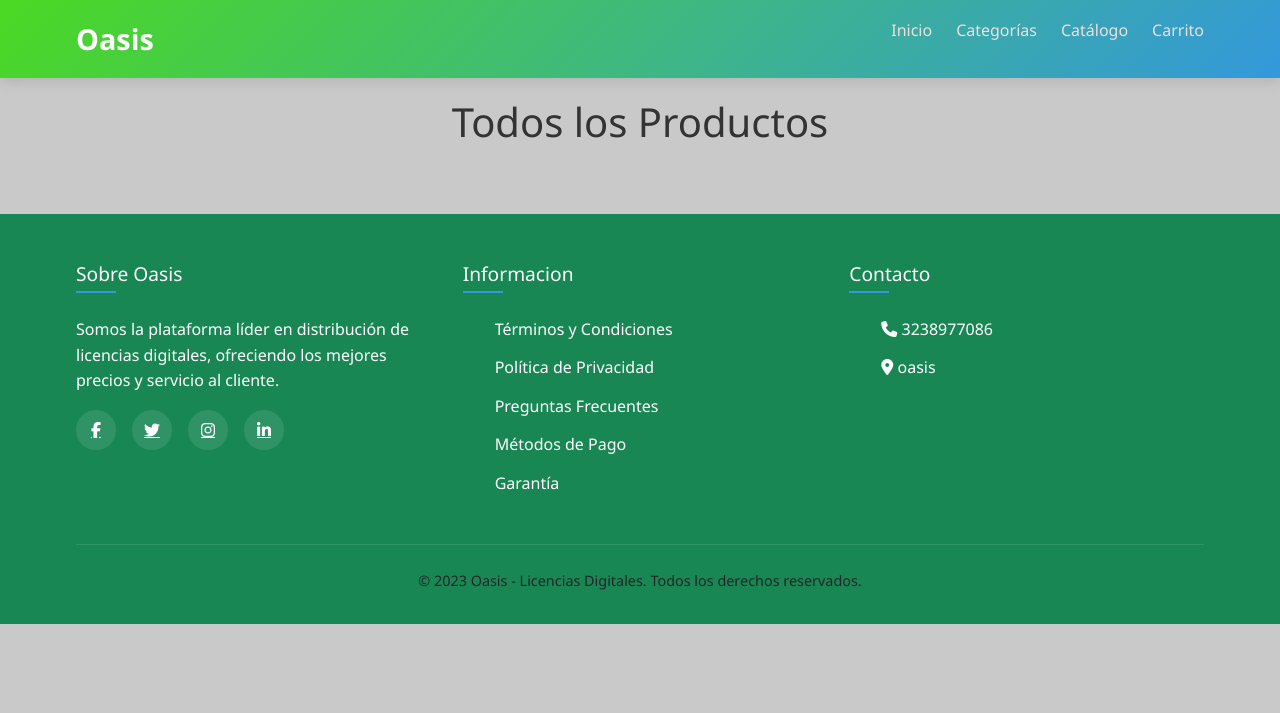
Repository: chicharo2025/oasis
Page: django_techstore/productos/templates/productos/catalogo.html
These files come from the project's save history. The page is drawn as it stood at one moment and after the next save; the edit follows.
The browser window is 1280 px wide. The pictures show the whole page.
The page is served by the project's application, run on Django 5.2 (django_techstore/manage.py). Other server files are loaded and not shown. The template is opened directly, without the code that normally fills it, so the values that code supplies are empty.

Above is the page before, as saved 2025-04-18 16:01:29.

### django_techstore/productos/templates/productos/catalogo.html
{% load static %}
{% include "productos/menu.html" %}


<link rel="stylesheet" href="{% static 'css/styles.css' %}">
<h1 style="text-align: center; margin: 20PX;">Todos los Productos</h1>

<div class="container-fluid">  <!-- Cambiado a container-fluid para ocupar todo el ancho -->
    <div class="row justify-content-start">  <!-- Añadido justify-content-start -->
        {% for producto in productos %}
        <div class="col-12 col-sm-6 col-md-4 col-lg-3 mb-4">  <!-- Columnas responsivas -->
            <div class="card h-100">
                <img src="{{ producto.imagen.url }}" alt="{{ producto.nombre }}" class="card-img-top" style="object-fit: cover; height: 200px;">
                <div class="card-body d-flex flex-column">
                    <h5 class="card-title text-center">{{ producto.nombre }}</h5>
                    <a href="{% url 'detalle_producto' %}" class="btn btn-primary mt-auto">Ver Detalles</a>
                </div>
            </div>
        </div>
        {% endfor %}
    </div>
</div>

{% include "productos/footer.html" %}

### django_techstore/productos/templates/productos/menu.html

{% load static %}

<!DOCTYPE html>
<html lang="es">
<head>
    <meta charset="UTF-8">
    <title>OASIS</title>
    <link href="https://cdn.jsdelivr.net/npm/bootstrap@5.3.3/dist/css/bootstrap.min.css" rel="stylesheet">
    <link rel="stylesheet" href="https://cdnjs.cloudflare.com/ajax/libs/font-awesome/6.5.0/css/all.min.css">
    <link rel="stylesheet" href="{% static 'css/styles.css' %}">
  </head>
  <body>
    <header>
        <div class="container">
            <div class="header-content">
                <div class="logo">
                    <a href="{% url 'index' %}" class="logo-text">Oasis</a>
                </div>
                <nav>
                    <ul>
                        <li><a href="{% url 'index' %}">Inicio</a></li>
                        <li><a href="{% url 'categoria' %}">Categorías</a></li>
                        <li><a href="{% url 'catalogo' %}">Catálogo</a></li>
                        <li><a href="{% url 'carrito' %}">Carrito</a></li>
                    </ul>
                </nav>
            </div>
        </div>
    </header>
</body>


<script src="https://cdn.jsdelivr.net/npm/bootstrap@5.3.3/dist/js/bootstrap.bundle.min.js"></script>

### django_techstore/productos/templates/productos/footer.html
    <!-- Footer -->
    <footer class="bg-success text-white mt-5">
        <div class="container">
            <div class="footer-content">
                <div class="footer-column">
                    <h3>Sobre Oasis</h3>
                    <p>Somos la plataforma líder en distribución de licencias digitales, ofreciendo los mejores precios y servicio al cliente.</p>

                    <div class="social-links">
                        <a href="#"><i class="fab fa-facebook-f"></i></a>
                        <a href="#"><i class="fab fa-twitter"></i></a>
                        <a href="#"><i class="fab fa-instagram"></i></a>
                        <a href="#"><i class="fab fa-linkedin-in"></i></a>
                    </div>
                </div>

                <div class="footer-column">
                    <h3>Informacion</h3>
                    <ul>

                        <li><i></i>Términos y Condiciones </li>
                        <li><i></i>Política de Privacidad </li>
                        <li><i></i>Preguntas Frecuentes </li>
                        <li><i></i> Métodos de Pago</li>
                        <li><i></i>Garantía</li>
                    </ul>
                </div>

                <div class="footer-column">
                    <h3>Contacto</h3>
                    <ul>
                        <li><i class="fas fa-phone"></i> 3238977086</li>
                        <li><i class="fas fa-map-marker-alt"></i> oasis</li>
                    </ul>
                </div>
            </div>

            <div class="footer-bottom text-dark">
                <p>&copy; 2023 Oasis - Licencias Digitales. Todos los derechos reservados.</p>
            </div>
        </div>
    </footer>

### django_techstore/django_techstore/urls.py
from django.contrib import admin
from django.urls import path
from django.conf import settings
from django.conf.urls.static import static
from django.contrib import admin
from django.urls import path, include

urlpatterns = [
    path('admin/', admin.site.urls),
    path('', include('productos.urls')),
]+ static(settings.MEDIA_URL, document_root=settings.MEDIA_ROOT)

### django_techstore/productos/urls.py
from django.urls import path
from .views import index, detalle_producto,catalogo,categorias,carrito,añadir_al_carrito
from django.conf.urls.static import static
from django.conf import settings

urlpatterns = [
    path('', view=index, name='index'),
    path('producto/<int:producto_id>/', detalle_producto, name='detalle_producto'),
    path('categoria/', categorias, name='categoria'),
    path('catalogo/', catalogo, name='catalogo'),
    path('carrito/', carrito, name="carrito"),
    path('carrito/', añadir_al_carrito, name='añadir_al_carrito'),
]+ static(settings.MEDIA_URL, document_root=settings.MEDIA_ROOT)

### django_techstore/static/css/styles.css

:root {
    --primary: #4bd923;
    --secondary: #3498db;
    --accent: #e90707;
    --light: #20aed2;
    --dark: #0e0c0b;
    --success: #2ecc71;
}

* {
    margin: 0;
    padding: 0;
    box-sizing: border-box;
    font-family: 'Segoe UI', Tahoma, Geneva, Verdana, sans-serif;
}

body {
    background-color: #c9c9c9;
    color: #333;
    line-height: 1.6;
}

/* Header Styles */
header {
    background: linear-gradient(135deg, var(--primary), var(--secondary));
    color: white;
    padding: 1rem 0;
    box-shadow: 0 4px 12px rgba(0, 0, 0, 0.1);
    position: sticky;
    top: 0;
    z-index: 1000;
}
.logo-text {
    text-decoration: none;
    color: var(--white); /* por ejemplo, tu color celeste */
}

.container {
    width: 90%;
    max-width: 1200px;
    margin: 0 auto;
}

.header-content {
    display: flex;
    justify-content: space-between;
    align-items: center;
}

.logo {
    font-size: 1.8rem;
    font-weight: 700;
    display: flex;
    align-items: center;
}

.logo i {
    color: var(--accent);
    margin-right: 10px;
}

/* Navigation */
nav ul {
    display: flex;
    list-style: none;
}

nav ul li {
    margin-left: 1.5rem;
    position: relative;
}

nav ul li a {
    color: rgb(233, 224, 224);
    text-decoration: none;
    font-weight: 500;
    transition: all 0.3s ease;
    padding: 0.5rem 0;
    position: relative;
}

nav ul li a:hover {
    color: var(--accent);
}

nav ul li a::after {
    content: '';
    position: absolute;
    bottom: 0;
    left: 0;
    width: 0;
    height: 2px;
    background-color: var(--accent);
    transition: width 0.3s ease;
}

nav ul li a:hover::after {
    width: 100%;
}

.cart-icon {
    position: relative;
}

.cart-count {
    position: absolute;
    top: -8px;
    right: -8px;
    background-color: var(--accent);
    color: white;
    border-radius: 50%;
    width: 18px;
    height: 18px;
    display: flex;
    justify-content: center;
    align-items: center;
    font-size: 0.7rem;
    font-weight: bold;
}

/* Search Bar */
.search-container {
    display: flex;
    margin: 1.5rem auto;
    max-width: 600px;
}

.search-bar {
    flex: 1;
    padding: 0.8rem 1rem;
    border: none;
    border-radius: 30px 0 0 30px;
    font-size: 1rem;
    box-shadow: 0 2px 10px rgba(0, 0, 0, 0.1);
}

.search-btn {
    background-color: var(--secondary);
    color: white;
    border: none;
    padding: 0 1.5rem;
    border-radius: 0 30px 30px 0;
    cursor: pointer;
    transition: background-color 0.3s;
}

.search-btn:hover {
    background-color: var(--primary);
}

/* Hero Section */
.hero {
    background: linear-gradient(rgba(0, 0, 0, 0.7), rgba(0, 0, 0, 0.7)), url('https://images.unsplash.com/photo-1580828343064-fde4fc206bc6?ixlib=rb-1.2.1&auto=format&fit=crop&w=1350&q=80') no-repeat center center/cover;
    height: 400px;
    display: flex;
    align-items: center;
    text-align: center;
    color: white;
    margin-bottom: 2rem;
}

.hero-content {
    max-width: 800px;
    margin: 0 auto;
}

.hero h1 {
    font-size: 2.5rem;
    margin-bottom: 1rem;
    animation: fadeInDown 1s ease;
}

.hero p {
    font-size: 1.2rem;
    margin-bottom: 1.5rem;
    animation: fadeInUp 1s ease;
}

.btn {
    display: inline-block;
    background-color: var(--accent);
    color: white;
    padding: 0.8rem 1.8rem;
    border-radius: 30px;
    text-decoration: none;
    font-weight: 600;
    transition: all 0.3s ease;
    border: none;
    cursor: pointer;
    animation: fadeIn 1.5s ease;
}

.btn:hover {
    background-color: #c0392b;
    transform: translateY(-3px);
    box-shadow: 0 10px 20px rgba(0, 0, 0, 0.2);
}

/* Categories Section */
.section-title {
    text-align: center;
    margin: 2rem 0;
    font-size: 2rem;
    color: var(--primary);
    position: relative;
}

.section-title::after {
    content: '';
    display: block;
    width: 80px;
    height: 4px;
    background-color: var(--secondary);
    margin: 0.5rem auto;
}

.categories {
    display: grid;
    grid-template-columns: repeat(auto-fit, minmax(250px, 1fr));
    gap: 1.5rem;
    margin-bottom: 3rem;
}

.category-card {
    background-color: white;
    border-radius: 10px;
    overflow: hidden;
    box-shadow: 0 5px 15px rgba(0, 0, 0, 0.1);
    transition: all 0.3s ease;
    cursor: pointer;
}

.category-card:hover {
    transform: translateY(-10px);
    box-shadow: 0 15px 30px rgba(0, 0, 0, 0.2);
}

.category-img {
    height: 150px;
    overflow: hidden;
}

.category-img img {
    width: 100%;
    height: 100%;
    object-fit: cover;
    transition: transform 0.5s ease;
}

.category-card:hover .category-img img {
    transform: scale(1.1);
}

.category-info {
    padding: 1.5rem;
    text-align: center;
}

.category-info h3 {
    margin-bottom: 0.5rem;
    color: var(--primary);
}

/* Products Section */
.productos {
    display: grid;
    grid-template-columns: repeat(auto-fit, minmax(280px, 1fr));
    gap: 2rem;
    margin-bottom: 3rem;
}

.product-card {
    background-color: white;
    border-radius: 10px;
    overflow: hidden;
    box-shadow: 0 5px 15px rgba(0, 0, 0, 0.1);
    transition: all 0.3s ease;
    position: relative;
}

.product-card:hover {
    transform: translateY(-5px);
    box-shadow: 0 10px 25px rgba(0, 0, 0, 0.15);
}

.product-badge {
    position: absolute;
    top: 10px;
    right: 10px;
    background-color: var(--accent);
    color: white;
    padding: 0.3rem 0.6rem;
    border-radius: 20px;
    font-size: 0.8rem;
    font-weight: bold;
}

.product-img {
    height: 180px;
    overflow: hidden;
    border-bottom: 1px solid #eee;
}

.product-img img {
    width: 100%;
    height: 100%;
    object-fit: contain;
    padding: 1rem;
    transition: transform 0.5s ease;
}

.product-card:hover .product-img img {
    transform: scale(1.05);
}

.product-info {
    padding: 1.5rem;
}

.product-info h3 {
    margin-bottom: 0.5rem;
    color: var(--primary);
}

.product-price {
    display: flex;
    justify-content: space-between;
    align-items: center;
    margin-top: 1rem;
}

.price {
    font-weight: bold;
    font-size: 1.2rem;
    color: var(--secondary);
}

.old-price {
    text-decoration: line-through;
    color: #999;
    font-size: 0.9rem;
    margin-right: 0.5rem;
}

.add-to-cart {
    background-color: var(--primary);
    color: white;
    border: none;
    padding: 0.5rem 1rem;
    border-radius: 5px;
    cursor: pointer;
    transition: all 0.3s ease;
}

.add-to-cart:hover {
    background-color: var(--secondary);
}

/* Offers Section */
.offers {
    margin-bottom: 3rem;
}

.offer-banner {
    background: linear-gradient(135deg, var(--secondary), var(--primary));
    color: white;
    padding: 2rem;
    border-radius: 10px;
    text-align: center;
    margin-bottom: 2rem;
    position: relative;
    overflow: hidden;
}

.offer-banner::before {
    content: '';
    position: absolute;
    top: -50%;
    left: -50%;
    width: 200%;
    height: 200%;
    background: radial-gradient(circle, rgba(255,255,255,0.1) 0%, rgba(255,255,255,0) 70%);
    animation: pulse 6s infinite linear;
}

.offer-banner h2 {
    font-size: 2rem;
    margin-bottom: 1rem;
    position: relative;
}

.offer-banner p {
    font-size: 1.2rem;
    margin-bottom: 1.5rem;
    position: relative;
}

.timer {
    display: flex;
    justify-content: center;
    gap: 1rem;
    margin-bottom: 1.5rem;
    position: relative;
}

.timer-item {
    background-color: rgba(255, 255, 255, 0.2);
    padding: 0.5rem 1rem;
    border-radius: 5px;
    min-width: 60px;
}

.timer-item span:first-child {
    font-size: 1.5rem;
    font-weight: bold;
    display: block;
}

.timer-item span:last-child {
    font-size: 0.8rem;
    text-transform: uppercase;
}

/* Footer */
footer {
    background-color: var(--dark);
    color: white;
    padding: 3rem 0 1rem;
}

.footer-content {
    display: grid;
    grid-template-columns: repeat(auto-fit, minmax(200px, 1fr));
    gap: 2rem;
    margin-bottom: 2rem;
}

.footer-column h3 {
    font-size: 1.2rem;
    margin-bottom: 1.5rem;
    position: relative;
    padding-bottom: 0.5rem;
}

.footer-column h3::after {
    content: '';
    position: absolute;
    bottom: 0;
    left: 0;
    width: 40px;
    height: 2px;
    background-color: var(--secondary);
}

.footer-column ul {
    list-style: none;
}

.footer-column ul li {
    margin-bottom: 0.8rem;
}

.footer-column ul li a {
    color: #bbb;
    text-decoration: none;
    transition: color 0.3s ease;
}

.footer-column ul li a:hover {
    color: var(--secondary);
}

.social-links {
    display: flex;
    gap: 1rem;
}

.social-links a {
    color: white;
    background-color: rgba(255, 255, 255, 0.1);
    width: 40px;
    height: 40px;
    border-radius: 50%;
    display: flex;
    justify-content: center;
    align-items: center;
    transition: all 0.3s ease;
}

.social-links a:hover {
    background-color: var(--secondary);
    transform: translateY(-3px);
}

.footer-bottom {
    text-align: center;
    padding-top: 1.5rem;
    border-top: 1px solid rgba(255, 255, 255, 0.1);
    color: #bbb;
    font-size: 0.9rem;
}

/* Animations */
@keyframes fadeIn {
    from { opacity: 0; }
    to { opacity: 1; }
}

@keyframes fadeInDown {
    from {
        opacity: 0;
        transform: translateY(-20px);
    }
    to {
        opacity: 1;
        transform: translateY(0);
    }
}

@keyframes fadeInUp {
    from {
        opacity: 0;
        transform: translateY(20px);
    }
    to {
        opacity: 1;
        transform: translateY(0);
    }
}

@keyframes pulse {
    0% { transform: rotate(0deg); }
    100% { transform: rotate(360deg); }
}

/* Responsive Design */
@media (max-width: 768px) {
    .header-content {
        flex-direction: column;
        text-align: center;
    }

    nav ul {
        margin-top: 1rem;
        flex-wrap: wrap;
        justify-content: center;
    }

    nav ul li {
        margin: 0.5rem;
    }

    .hero h1 {
        font-size: 2rem;
    }

    .hero p {
        font-size: 1rem;
    }
}


.category-card {
    min-width: 200px;
    border: 1px solid #ccc;
    border-radius: 8px;
    padding: 10px;
    text-align: center;
}
.category-img img {
    width: 100%;
    height: auto;
    border-radius: 4px;
}

After the next save:
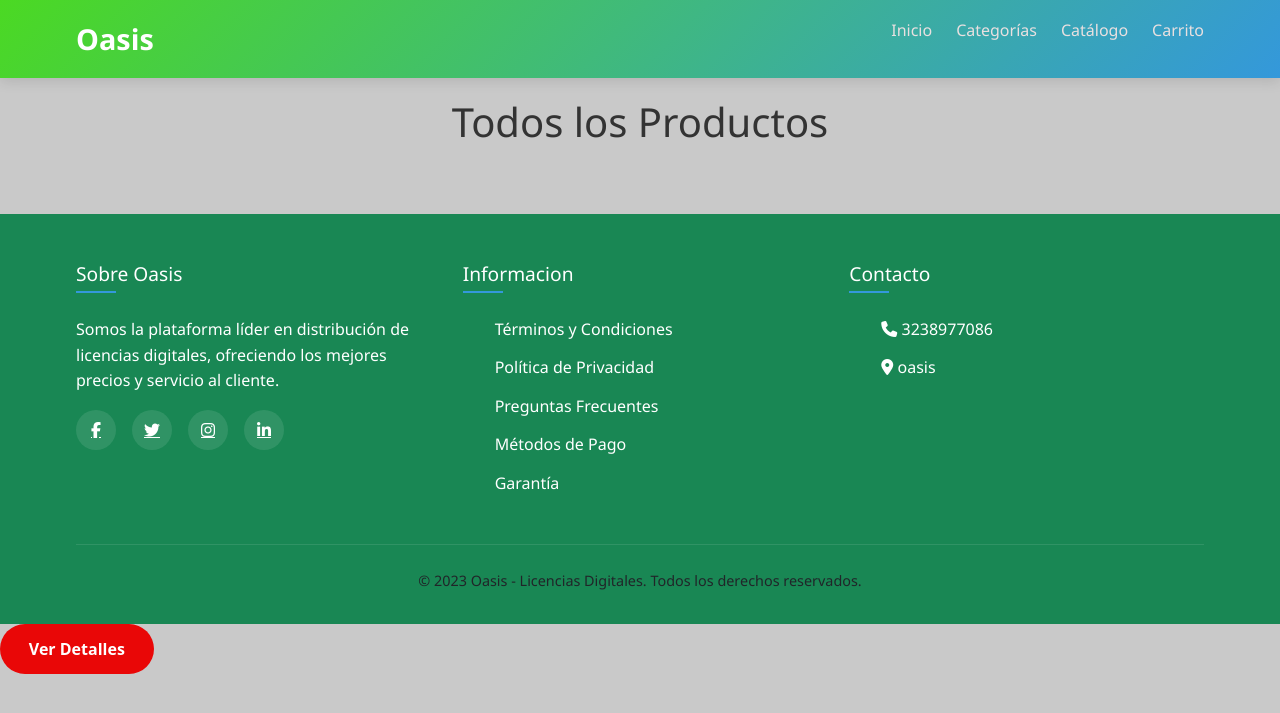
Saved 18 s later.
--- a/django_techstore/productos/templates/productos/catalogo.html
+++ b/django_techstore/productos/templates/productos/catalogo.html
@@ -22,3 +22,4 @@
 </div>
 
 {% include "productos/footer.html" %}
+<a href="{% url 'detalle_producto' %}" class="btn btn-primary mt-auto">Ver Detalles</a>

After the 6 saves that followed:
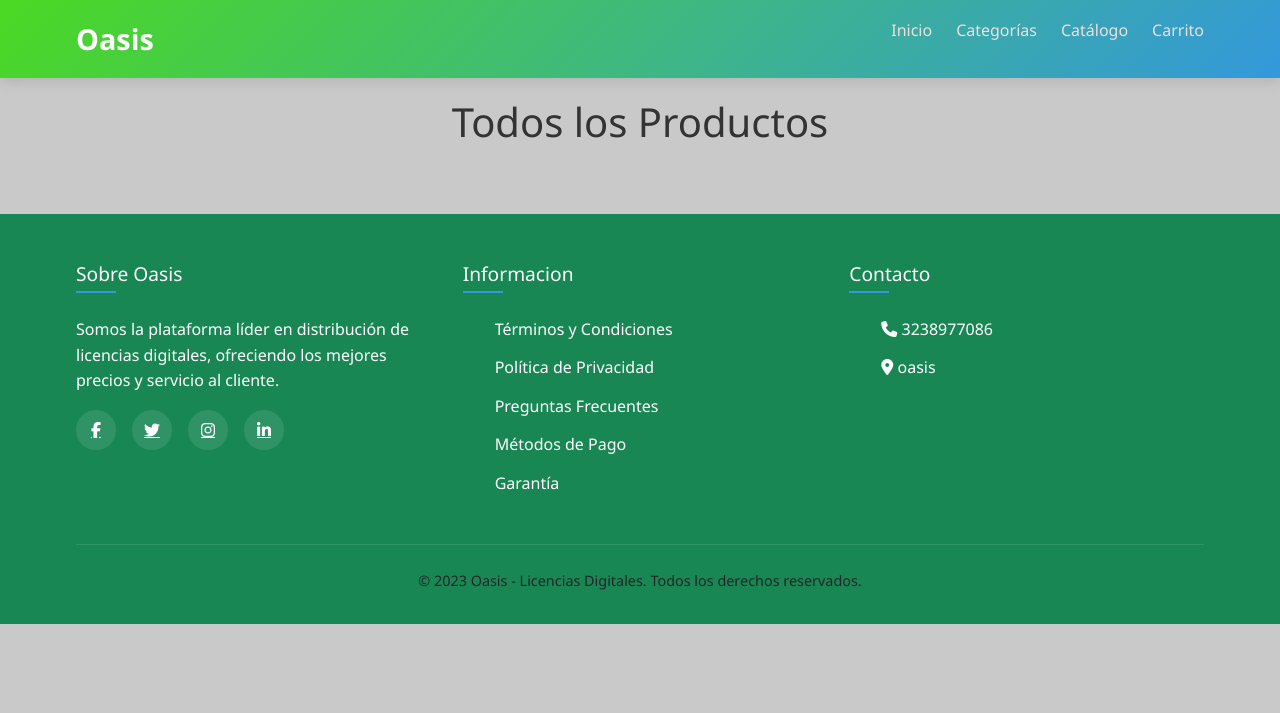
The 6 saves are shown as one change because 3 left the picture as it was and some came seconds apart.
The last was saved 3 min 31 s later.
--- a/django_techstore/productos/templates/productos/catalogo.html
+++ b/django_techstore/productos/templates/productos/catalogo.html
@@ -13,7 +13,9 @@
                 <img src="{{ producto.imagen.url }}" alt="{{ producto.nombre }}" class="card-img-top" style="object-fit: cover; height: 200px;">
                 <div class="card-body d-flex flex-column">
                     <h5 class="card-title text-center">{{ producto.nombre }}</h5>
-                    <a href="{% url 'detalle_producto' %}" class="btn btn-primary mt-auto">Ver Detalles</a>
+                    <a href="{% url 'detalle_producto' producto.id %}" class="btn btn-primary mt-auto">
+                        Ver detalle
+                    </a>
                 </div>
             </div>
         </div>
@@ -22,4 +24,3 @@
 </div>
 
 {% include "productos/footer.html" %}
-<a href="{% url 'detalle_producto' %}" class="btn btn-primary mt-auto">Ver Detalles</a>
